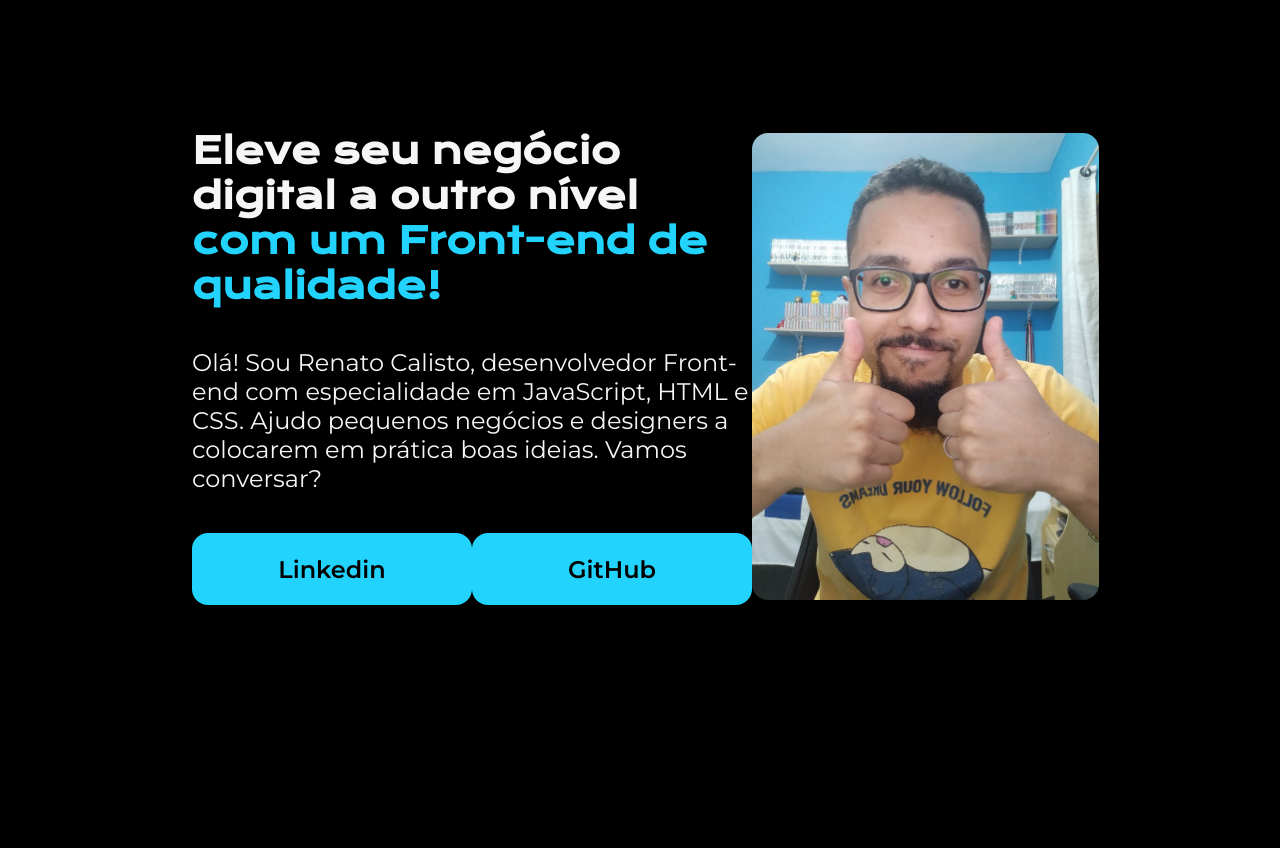
Repository: RenatoCCS/Portfolio_Alura
Page: index.html
The author's editor kept a copy of each file at every save. The page is drawn from the files as they stood at one save, then again after the next save.
The browser window is 1280 px wide. The pictures show the whole page.

Above is the page before, as saved 2023-02-27 17:37:18.

After the next save:
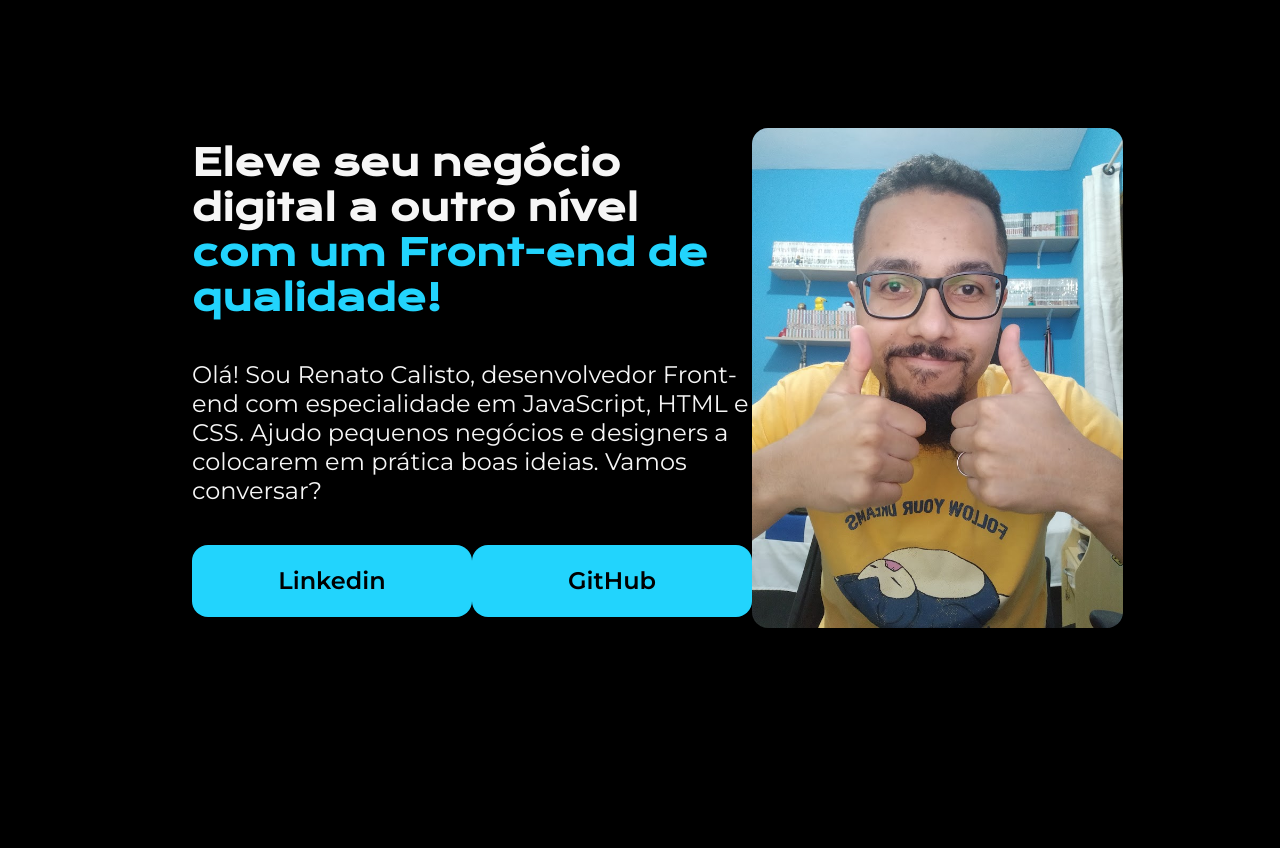
Saved 9 s later.
--- a/style.css
+++ b/style.css
@@ -59,7 +59,7 @@ body {
 }
 
 .apresentacao__foto {
-  height: 467.71px;
+  height: 500px;
   width: 532px;
   left: 1032px;
   top: 253px;

After the save that followed:
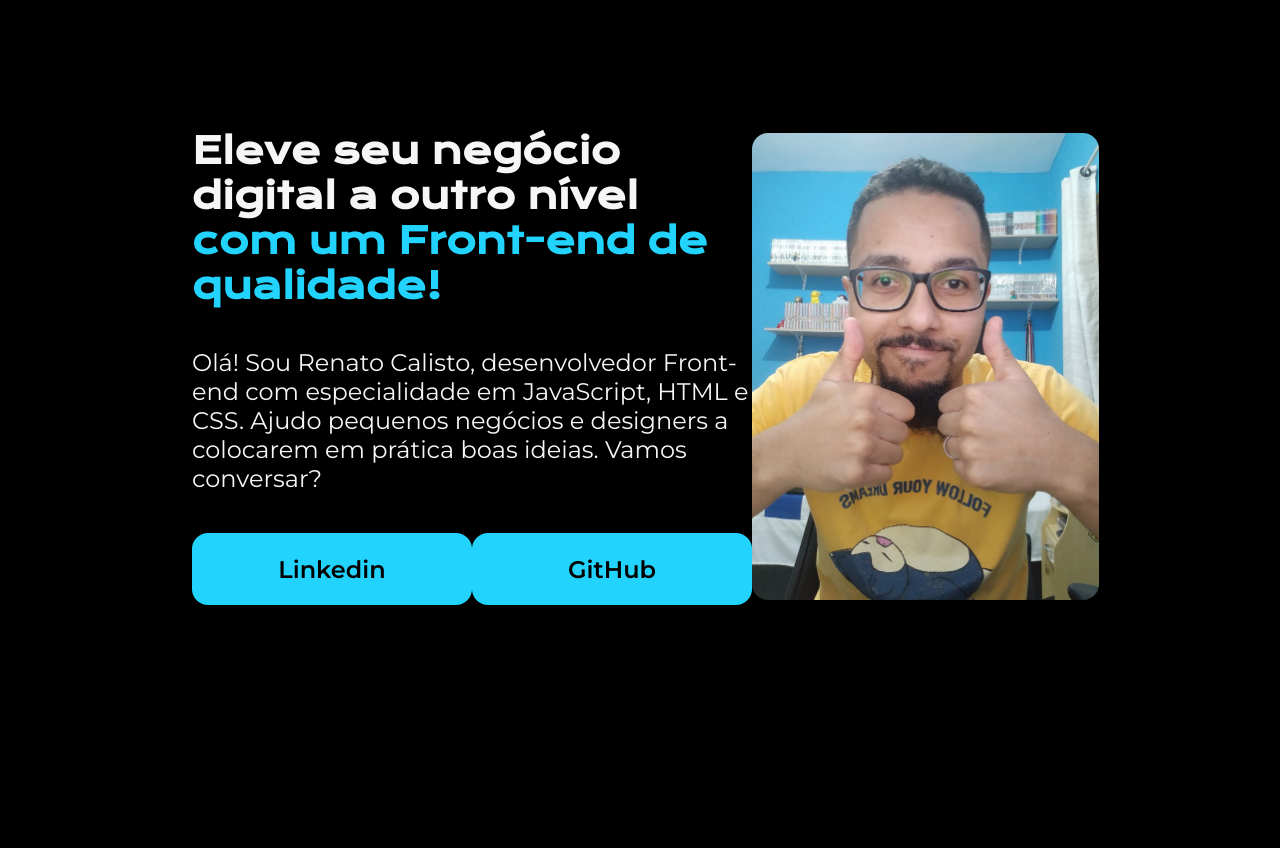
Saved 4 s later.
--- a/style.css
+++ b/style.css
@@ -59,7 +59,7 @@ body {
 }
 
 .apresentacao__foto {
-  height: 500px;
+  height: 467.71px;
   width: 532px;
   left: 1032px;
   top: 253px;
